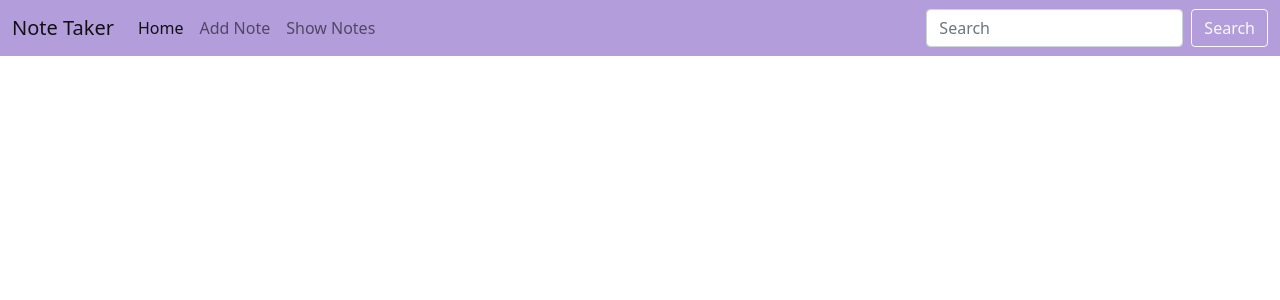
Repository: Tanmoy4672/Hibernate
Page: http://localhost/NoteTaker/edit.jsp
An editor plug-in stored every save of this project. The page is shown before and after the next save, followed by the edit.
The browser window is 1280 px wide. The pictures show the whole page.
The page is served by Tomcat 9. Other server files are loaded and not shown.

Above is the page before, as saved 2021-12-16 21:33:25.

### NoteTaker/src/main/webapp/edit.jsp
<%@ page language="java" contentType="text/html; charset=ISO-8859-1"
	pageEncoding="ISO-8859-1"%>
<!DOCTYPE html>
<html>
<head>
<meta charset="ISO-8859-1">
<title>Note Taker :Edit Page</title>
<%@include file="All_js_css.jsp"%>
</head>
<body>

	<div class="container-fluid p-0 m-0">
		<%@include file="Navbar.jsp"%>
	</div>

</body>
</html>

### NoteTaker/src/main/webapp/All_js_css.jsp
<!-- Bootstrap CSS -->
    <link href="https://cdn.jsdelivr.net/npm/bootstrap@5.0.2/dist/css/bootstrap.min.css" rel="stylesheet" integrity="sha384-EVSTQN3/azprG1Anm3QDgpJLIm9Nao0Yz1ztcQTwFspd3yD65VohhpuuCOmLASjC" crossorigin="anonymous">
    <link href="CSS/style.css" rel="stylesheet"/>

 <!-- Optional JavaScript; choose one of the two! -->

    <!-- Option 1: Bootstrap Bundle with Popper -->
    <script src="https://cdn.jsdelivr.net/npm/bootstrap@5.0.2/dist/js/bootstrap.bundle.min.js" integrity="sha384-MrcW6ZMFYlzcLA8Nl+NtUVF0sA7MsXsP1UyJoMp4YLEuNSfAP+JcXn/tWtIaxVXM" crossorigin="anonymous"></script>

    <!-- Option 2: Separate Popper and Bootstrap JS -->

    <script src="https://cdn.jsdelivr.net/npm/@popperjs/core@2.9.2/dist/umd/popper.min.js" integrity="sha384-IQsoLXl5PILFhosVNubq5LC7Qb9DXgDA9i+tQ8Zj3iwWAwPtgFTxbJ8NT4GN1R8p" crossorigin="anonymous"></script>
    <script src="https://cdn.jsdelivr.net/npm/bootstrap@5.0.2/dist/js/bootstrap.min.js" integrity="sha384-cVKIPhGWiC2Al4u+LWgxfKTRIcfu0JTxR+EQDz/bgldoEyl4H0zUF0QKbrJ0EcQF" crossorigin="anonymous"></script>

### NoteTaker/src/main/webapp/Navbar.jsp
<nav class="navbar navbar-expand-lg navbar-light purple">
	<div class="container-fluid">
		<a class="navbar-brand" href="index.jsp">Note Taker</a>
		<button class="navbar-toggler" type="button" data-bs-toggle="collapse"
			data-bs-target="#navbarSupportedContent"
			aria-controls="navbarSupportedContent" aria-expanded="false"
			aria-label="Toggle navigation">
			<span class="navbar-toggler-icon"></span>
		</button>
		<div class="collapse navbar-collapse" id="navbarSupportedContent">
			<ul class="navbar-nav me-auto mb-2 mb-lg-0">
				<li class="nav-item"><a class="nav-link active"
					aria-current="page" href="index.jsp">Home</a></li>
				<li class="nav-item"><a class="nav-link" href="add_notes.jsp">Add Note</a></li>

				<li class="nav-item"><a class="nav-link" href="all_notes.jsp"
					tabindex="-1" >Show Notes</a></li>
			</ul>
			<form class="d-flex">
				<input class="form-control me-2" type="search" placeholder="Search"
					aria-label="Search">
				<button class="btn btn-outline-light" type="submit">Search</button>
			</form>
		</div>
	</div>
</nav>

### NoteTaker/src/main/webapp/CSS/style.css
.purple{
	background: #b39ddb;
}

After the next save:
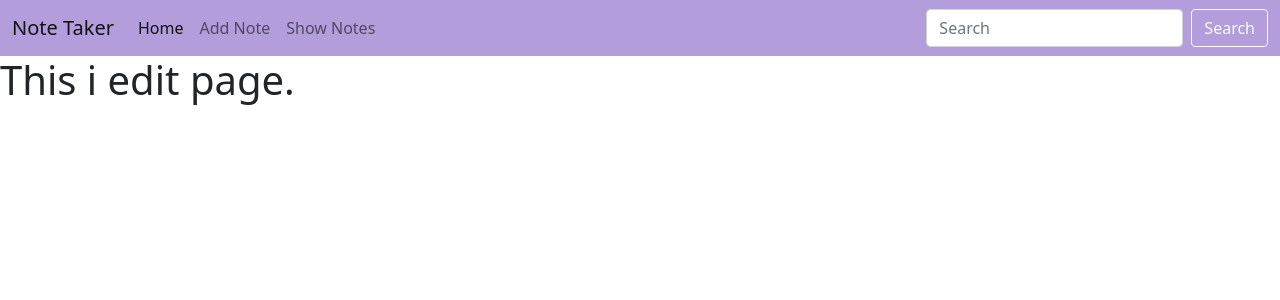
Saved 45 s later.
--- a/NoteTaker/src/main/webapp/edit.jsp
+++ b/NoteTaker/src/main/webapp/edit.jsp
@@ -11,6 +11,7 @@
 
 	<div class="container-fluid p-0 m-0">
 		<%@include file="Navbar.jsp"%>
+		<h1>This i edit page.</h1>
 	</div>
 
 </body>
